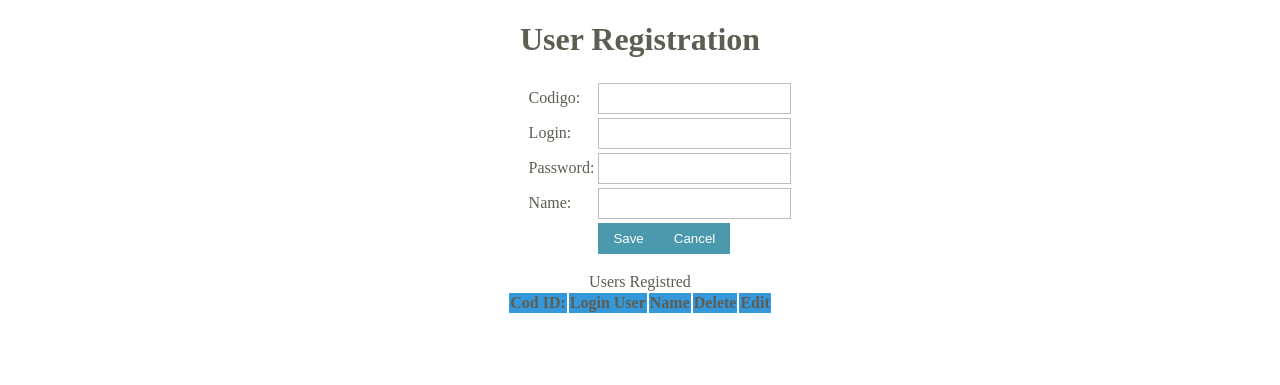
Repository: ViniciusBeletella/project-jsp
Page: http://localhost/project-jsp/userRegistration.jsp
An editor plug-in stored every save of this project. The page is shown before and after the next save, followed by the edit.
The browser window is 1280 px wide. The pictures show the whole page.
The page is served by Tomcat 9. The template is opened directly, without the code that normally fills it, so the values that code supplies are empty.

Above is the page before, as saved 2020-01-02 04:18:12.

After the next save:
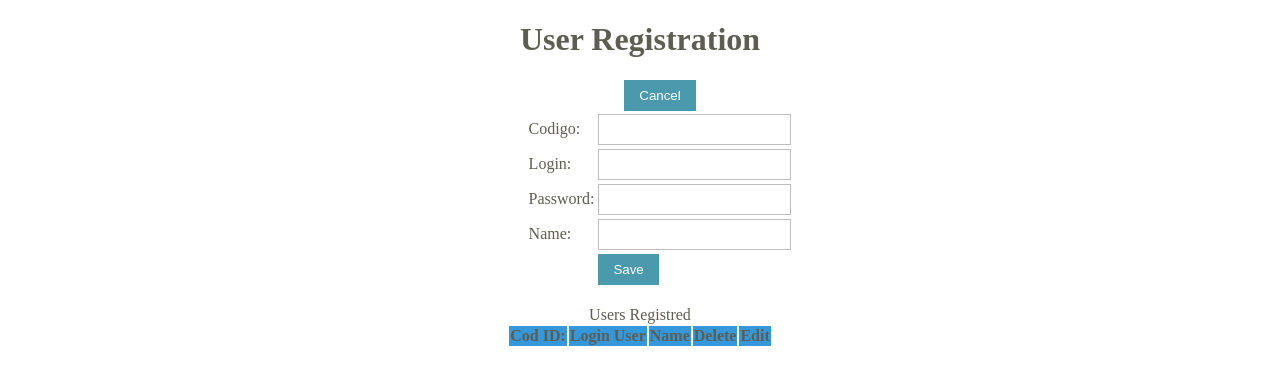
Saved 71 s later.
--- a/project-jsp/WebContent/userRegistration.jsp
+++ b/project-jsp/WebContent/userRegistration.jsp
@@ -44,7 +44,7 @@
 							</tr>
 							<tr>
 								<td></td>
-								<td><input type="submit" value="Save"><input type="submit" value="Cancel" onclick="document.getElementById('formUser').action = 'saveUser?acao=reset'"></td>
+								<td><input type="submit" value="Save"><tr><input type="submit" value="Cancel" onclick="document.getElementById('formUser').action = 'saveUser?acao=reset'"></tr></td>
 							</tr>
 						</table>
 					</li>

After the save that followed:
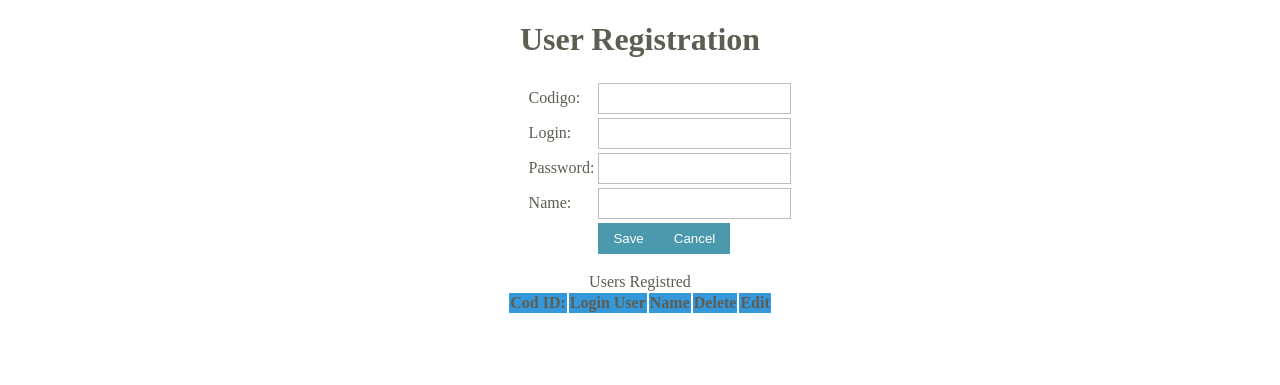
Saved 35 s later.
--- a/project-jsp/WebContent/userRegistration.jsp
+++ b/project-jsp/WebContent/userRegistration.jsp
@@ -44,7 +44,7 @@
 							</tr>
 							<tr>
 								<td></td>
-								<td><input type="submit" value="Save"><tr><input type="submit" value="Cancel" onclick="document.getElementById('formUser').action = 'saveUser?acao=reset'"></tr></td>
+								<td><input type="submit" value="Save"><input type="submit" value="Cancel" onclick="document.getElementById('formUser').action = 'saveUser?acao=reset'"></td>
 							</tr>
 						</table>
 					</li>
